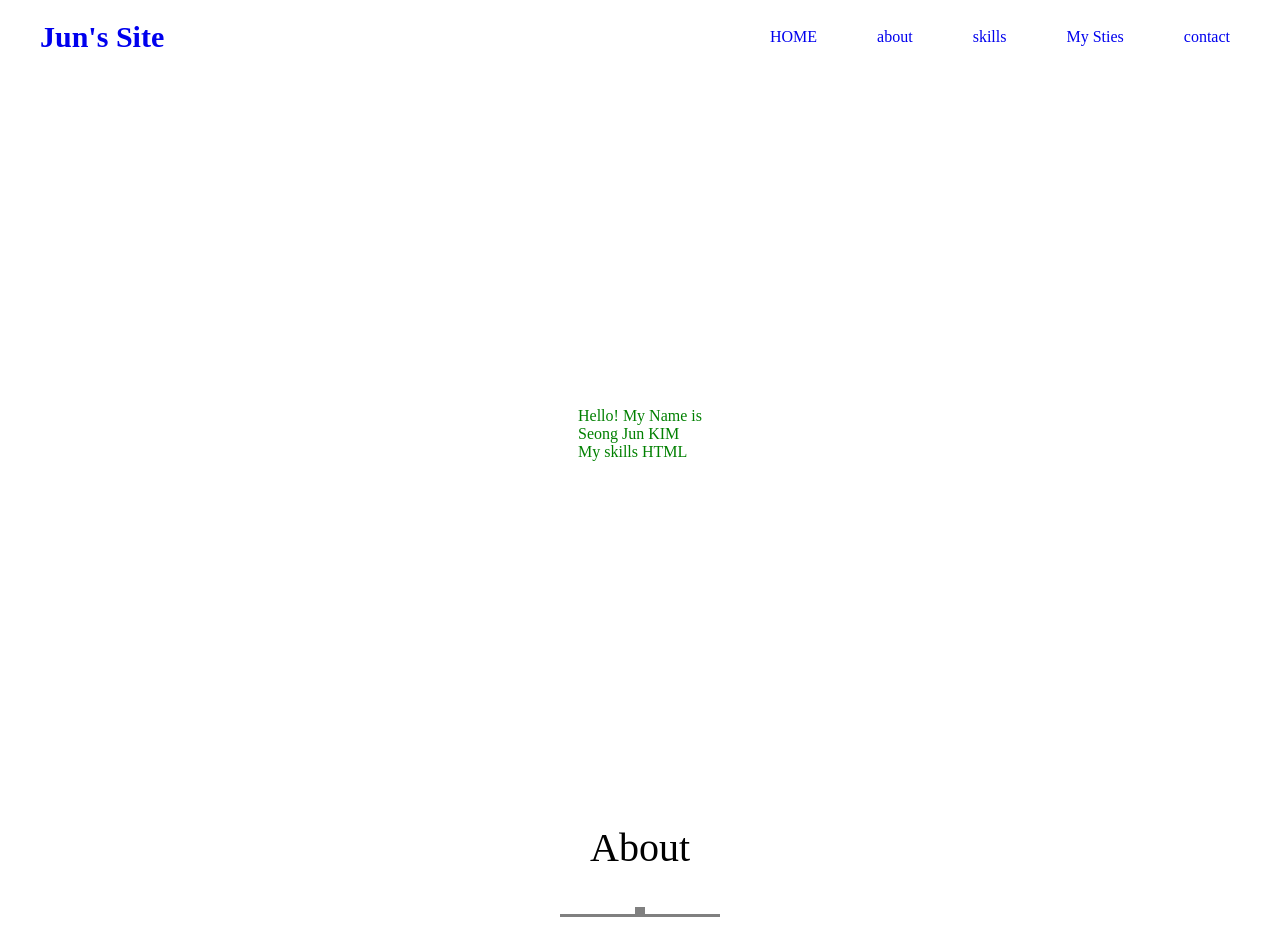
Repository: jun01270/jun
Page: index.html
An editor plug-in stored every save of this project. The page is shown before and after the next save, followed by the edit.
The browser window is 1280 px wide. The pictures show the part of the page from y = 0 to 952 px (the page is 2474 px tall before and 2610 px after).
A picture or video elsewhere on the page could not be fetched, so the positions and the page height are approximate. Some web libraries are served in a nearby version.

Above is the page before, as saved 2023-05-10 10:47:12.

### index.html
<!DOCTYPE html>
<html lang="en">
  <head>
    <meta charset="UTF-8" />
    <meta http-equiv="X-UA-Compatible" content="IE=edge" />
    <meta name="viewport" content="width=device-width, initial-scale=1.0" />
    <link rel="stylesheet" href="./css/style.css" />
    <link rel="stylesheet" href="./css/home.css" />
    <script
      src="https://kit.fontawesome.com/252eac6dbf.js"
      crossorigin="anonymous"
    ></script>
    <title>Jun's site</title>
  </head>
  <body>
    <nav class="navbar">
      <div class="max-width">
        <div class="logo">
          <a href="#home">Jun's <span>Site</span></a>
        </div>
        <ul class="menu-bar">
          <li><a href="#home" class="menu-btn" id="homeID">HOME</a></li>
          <li><a href="#about" class="menu-btn" id="homeID">about</a></li>
          <li><a href="#skills" class="menu-btn">skills</a></li>
          <li><a href="#my-sites" class="menu-btn">My Sties</a></li>
          <li><a href="#contact" class="menu-btn">contact</a></li>
        </ul>
      </div>
    </nav>

    <!--home섹션-->
    <section class="home" id="home">
      <div class="max-width">
        <div class="home-section">
          <div class="text-1">Hello! My Name is</div>
          <div class="text-1">Seong Jun KIM</div>
          <div class="text-1">My skills <span class="typing1">HTML</span></div>
        </div>
      </div>
    </section>

    <!--about섹션-->
    <section class="about">
      <div class="max-width">
        <h2 class="title">About</h2>
        <div class="about-content">
          <div class="left-column"></div>
          <div class="right-column">
            <div class="about-text">I'm Seong Jun KIM</div>
            <div class="about-skills">
              My skills <span class="typing2">HTML</span>
            </div>
            <p>
              안녕하세요 프론트엔드 개발자를 꿈꾸는 주니어 개발자 김성준입니다.
            </p>
          </div>
        </div>
      </div>
    </section>

    <!--skills섹션-->
    <section class="skills">
      <div class="max-width">
        <h2 class="title">My Skills</h2>
        <div class="skills-content">
          <div class="left-column">
            <div class="skills-text">
              <div class="sub-title">My skills & Experience</div>
              <p>HTML, Css, js , react를 다루고 있습니다.</p>
            </div>
          </div>
          <div class="rigth-column">
            <div class="bars">
              <div class="bars-content">
                <span>HTML</span>
                <span>90%</span>
              </div>
              <div class="line-html"></div>
            </div>
            <div class="bars">
              <div class="bars-content">
                <span>Css</span>
                <span>80%</span>
              </div>
              <div class="line-css"></div>
            </div>
            <div class="bars">
              <div class="bars-content">
                <span>JS</span>
                <span>80%</span>
              </div>
              <div class="line-js"></div>
            </div>
            <div class="bars">
              <div class="bars-content">
                <span>React</span>
                <span>80%</span>
              </div>
              <div class="line-react"></div>
            </div>
          </div>
        </div>
      </div>
    </section>

    <!--My sties섹션-->
    <section class="my-sites">
      <div class="max-width">
        <h2 class="title">My Sites</h2>
        <div class="my-sites-content">
          <div class="left-column">
            <a href="https://web-jun.tistory.com/" target="_blank">
              <div class="site">
                <div class="site-images">
                  <img src="/img/blog.jpg" alt="" />
                  <div class="site-text">BLOG</div>
                  <p>개발하는 블로그입니다.</p>
                </div>
              </div>
            </a>
          </div>
          <div class="right-column">
            <a href="https://github.com/jun01270" target="_blank">
              <div class="site">
                <div class="site-images">
                  <img src="/img/github.jpg" alt="" />
                  <div class="site-text">BLOG</div>
                  <p>깃허브 사이트입니다.</p>
                </div>
              </div>
            </a>
          </div>
        </div>
      </div>
    </section>

    <!--Contact 섹션-->
    <section class="contact">
      <div class="max-width">
        <h2 class="title">Contact me</h2>
        <div class="contact-content">
          <div class="left-column">
            <div class="contact-text">My information</div>
            <p>
              동양미래대학교 컴퓨터소프트웨어공학과를 졸업하여 프론트엔드
              개발자가 되고싶은 주니어 개발자입니다.
            </p>
            <div class="icons-content">
              <i class="fas fa-user"></i>
              <div class="info">
                <div class="head">Name</div>
                <div class="tail">Seong Jun KIM</div>
              </div>
            </div>
            <div class="icons-content">
              <i class="fas fa-envelope"></i>
              <div class="info">
                <div class="head">E-mail</div>
                <div class="tail">kimsj012731@gmail.com</div>
              </div>
            </div>
            <div class="icons-content">
              <i class="fas fa-map-marked-alt"></i>
              <div class="info">
                <div class="head">Address</div>
                <div class="tail">경기도 광명시</div>
              </div>
            </div>
          </div>
          <div class="right-column">
            <div class="contact-text">Message Me!</div>
            <form action="#">
              <div class="fields">
                <div class="fields name">
                  <input type="text" placeholder="Name" />
                </div>
                <div class="fields Email">
                  <input type="email" placeholder="E-mail" />
                </div>
              </div>
              <div class="fields subject">
                <input type="text" placeholder="Subject" />
              </div>
              <div class="fields contact-area">
                <textarea
                  cols="30"
                  rows="10"
                  placeholder="Contact.. "
                  required
                ></textarea>
              </div>
              <div class="button">
                <button type="submit">Send Message</button>
              </div>
            </form>
          </div>
        </div>
      </div>
    </section>

    <!--Footer섹션-->
    <footer></footer>

    <!--JS섹션-->
  </body>
</html>

### css/style.css
@import url("https://fonts.googleapis.com/css2?family=Lora&display=swap");

* {
  margin: 0;
  padding: 0;
  box-sizing: border-box;
  text-decoration: none;
}

html {
  scroll-behavior: smooth;
}

.home .about .skills .my-sites .contact {
  padding-top: 86px;
}

.max-width {
  max-width: 1300px;
  padding: 0 20px;
  margin: auto;
}

.section {
  padding: 100px 0;
}

/* .about, .skills, .my-sites, .contact, .footer{
    //폰트삽입
} */

.title {
  position: relative;
  text-align: center;
  font-size: 40px;
  font-weight: 500;
  margin: 30px 0 100px 0;
  padding-bottom: 8px;
}

.title::before {
  content: "";
  position: absolute;
  bottom: -38px;
  left: 50%;
  width: 160px;
  height: 3px;
  background-color: gray;
  transform: translateX(-50%);
}

.title::after {
  content: "";
  position: absolute;
  bottom: -38px;
  left: 50%;
  font-size: 20px;
  color: rgb(255, 164, 45);
  padding: 5px;
  background-color: gray;
  transform: translateX(-50%);
}

.about .about-content,
.skills .skills-content,
.my-sites .my-sites-content,
.contact .contact-content {
  display: flex;
  align-items: center;
  flex-wrap: wrap;
  justify-content: space-between;
}

.navbar {
  position: relative;
  width: 100%;
  padding: 20px 0;
  z-index: 999;
  transition: all 0.3s ease;
}

.navbar .max-width {
  display: flex;
  align-items: center;
  justify-content: space-between;
}

.navbar .logo {
  font-size: 30px;
  font-weight: 600;
  margin-left: 20px;
  color: black;
}

.menu-bar {
  list-style: none;
  display: flex;
  margin: 0;
  padding-left: 0;
}

.menu-bar li {
  padding: 8px 30px;
}

.menu-bar li:hover {
  background-color: orange;
  border-radius: 3px;
}

@media screen and (max-width: 700px) {
  .navbar {
    flex-direction: column;
    align-items: flex-start;
    margin: 0;
  }

  .menu-bar {
    flex-direction: column;
    align-items: center;
    width: 100%;
  }

  .menu-bar li {
    width: 100%;
    text-align: center;
  }
}

### css/home.css
.home{
    display:flex;
    height: 100vh;
    min-height: 500px;
    color: green;
    background-image: "./img/background.png";
}

After the next save:
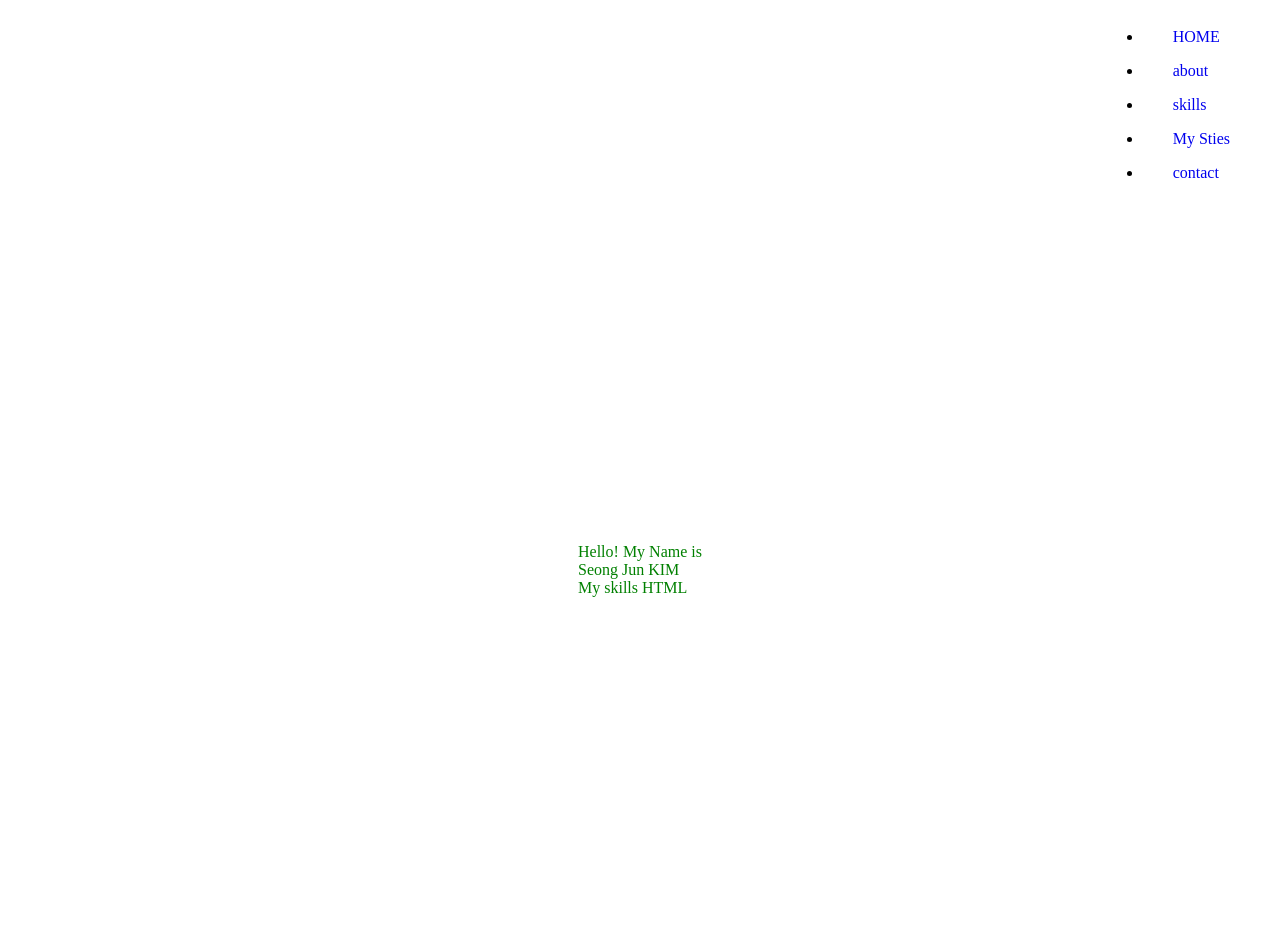
Saved 3 s later.
--- a/css/style.css
+++ b/css/style.css
@@ -92,7 +92,12 @@
   color: black;
 }
 
-.menu-bar {
+.navbar .logo a {
+  color: white;
+  text-decoration: none;
+}
+
+.navbar .logo a span .menu-bar {
   list-style: none;
   display: flex;
   margin: 0;

After the save that followed:
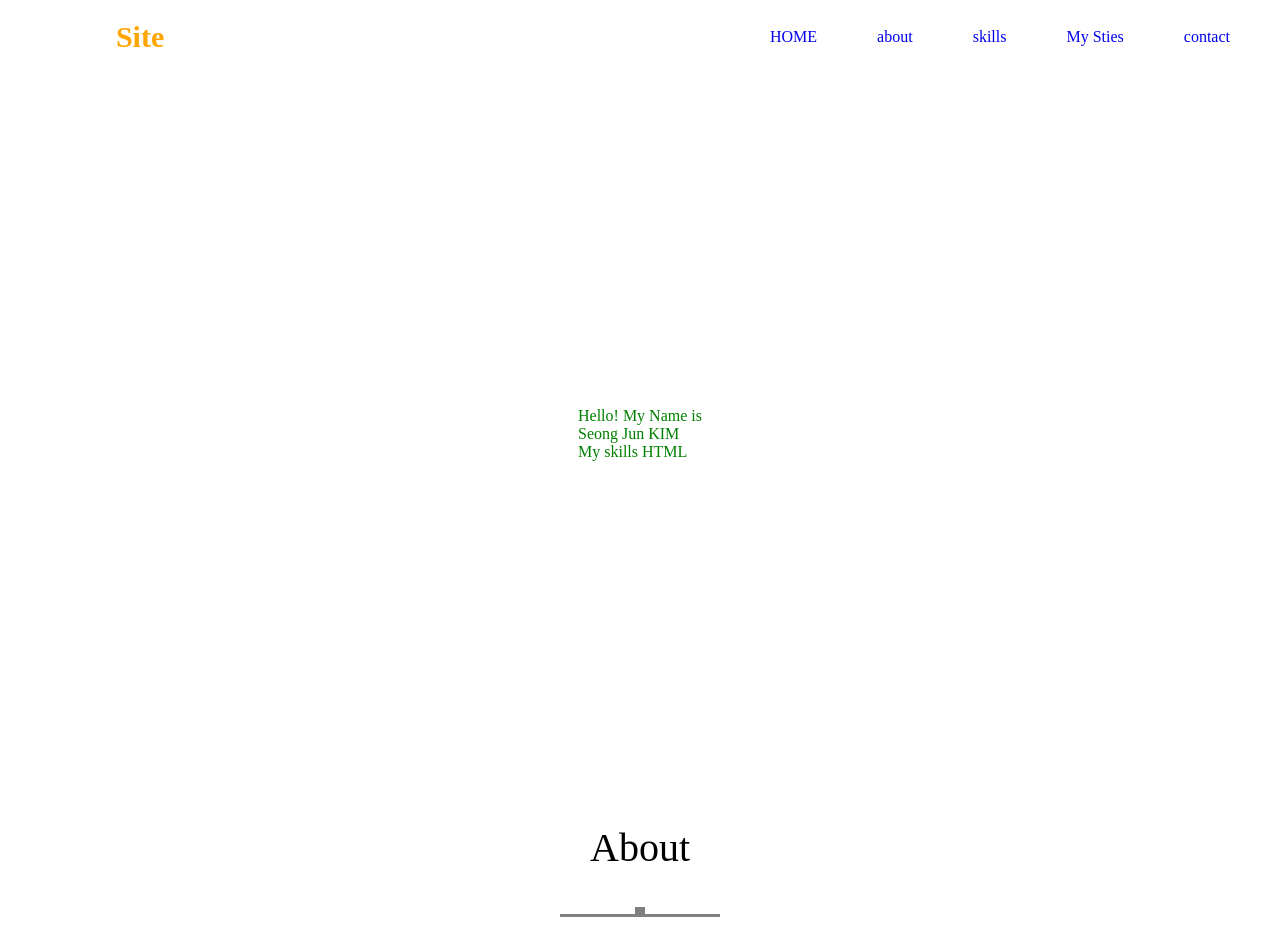
Saved 63 s later.
--- a/css/style.css
+++ b/css/style.css
@@ -97,7 +97,12 @@
   text-decoration: none;
 }
 
-.navbar .logo a span .menu-bar {
+.navbar .logo a span {
+  color: orange;
+  transition: all 0.3s ease;
+}
+
+.menu-bar {
   list-style: none;
   display: flex;
   margin: 0;
